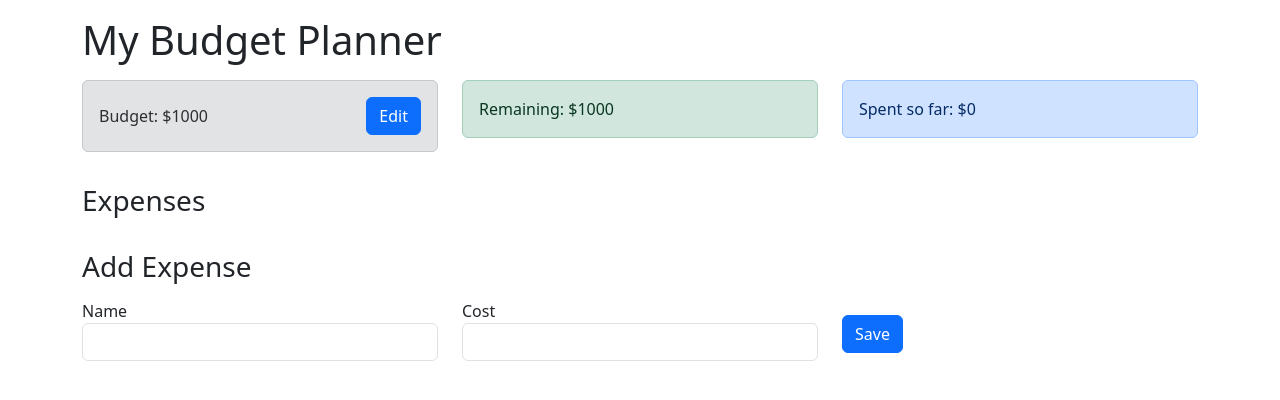
Repository: rishi-rama/lab5_backup
Page: / (app in client/)
These files come from the project's save history. The page is drawn as it stood at one moment and after the next save; the edit follows.
The browser window is 1280 px wide. The pictures show the whole page.
The project was rebuilt for these pictures with package versions that can differ from the ones it lists, and the page was loaded fresh each time. Also part of the build but not shown: client/src/components/Expense/ExpenseItem.tsx. Imported but missing from the stored project, and not drawn on this page: client/src/constants.

Above is the page before, as saved 2024-10-28 13:41:45.

After the next save:
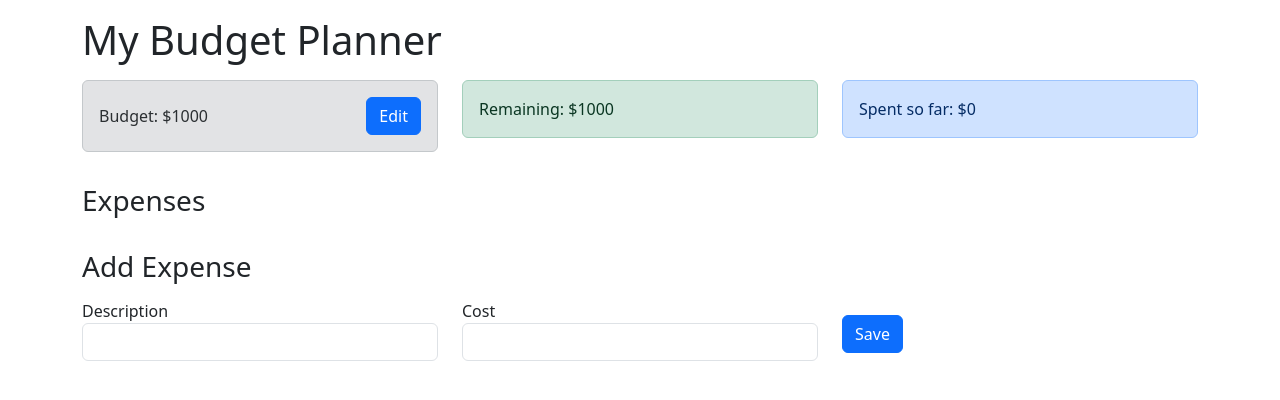
Saved 95 s later.
--- a/client/src/components/Expense/AddExpenseForm.tsx
+++ b/client/src/components/Expense/AddExpenseForm.tsx
@@ -1,16 +1,18 @@
 import React, { useState, useContext } from "react";
 import { AppContext } from "../../context/AppContext";
 import { v4 as uuidv4 } from 'uuid';
+import { createExpense } from "../../utils/expense-utils";
+import { Expense } from "../../types/types";
 
 const AddExpenseForm = () => {
   // Consume AppContext
   const { expenses, setExpenses } = useContext(AppContext);
 
   // State for form inputs
-  const [name, setName] = useState<string>('');
+  const [description, setDescription] = useState<string>('');
   const [cost, setCost] = useState<string>('');
 
-  const onSubmit = (event: React.FormEvent<HTMLFormElement>) => {
+  const onSubmit = async (event: React.FormEvent<HTMLFormElement>) => {
     event.preventDefault();
 
     // Validate cost is a number
@@ -18,32 +20,41 @@ const AddExpenseForm = () => {
     if (isNaN(costNumber)) return;
 
     // Create new expense object
-    const expense = {
+    const newExpense: Expense = {
       id: uuidv4(),
-      name: name,
+      description: description, // Changed from name to description
       cost: costNumber,
     };
 
-    // Add new expense to context
-    setExpenses([...expenses, expense]);
+    try {
+      // First create the expense in the backend
+      await createExpense(newExpense);
 
-    // Reset form
-    setName('');
-    setCost('');
+      // If backend call succeeds, update the local state
+      setExpenses([...expenses, newExpense]);
+
+      // Reset form
+      setDescription('');
+      setCost('');
+    } catch (error) {
+      console.error('Failed to create expense:', error);
+      // Here you might want to show an error message to the user
+      alert('Failed to create expense. Please try again.');
+    }
   };
 
   return (
     <form onSubmit={onSubmit}>
       <div className="row">
         <div className="col-sm">
-          <label htmlFor="name">Name</label>
+          <label htmlFor="description">Description</label>
           <input
             required
             type="text"
             className="form-control"
-            id="name"
-            value={name}
-            onChange={(e) => setName(e.target.value)}
+            id="description"
+            value={description}
+            onChange={(e) => setDescription(e.target.value)}
           />
         </div>
         <div className="col-sm">
